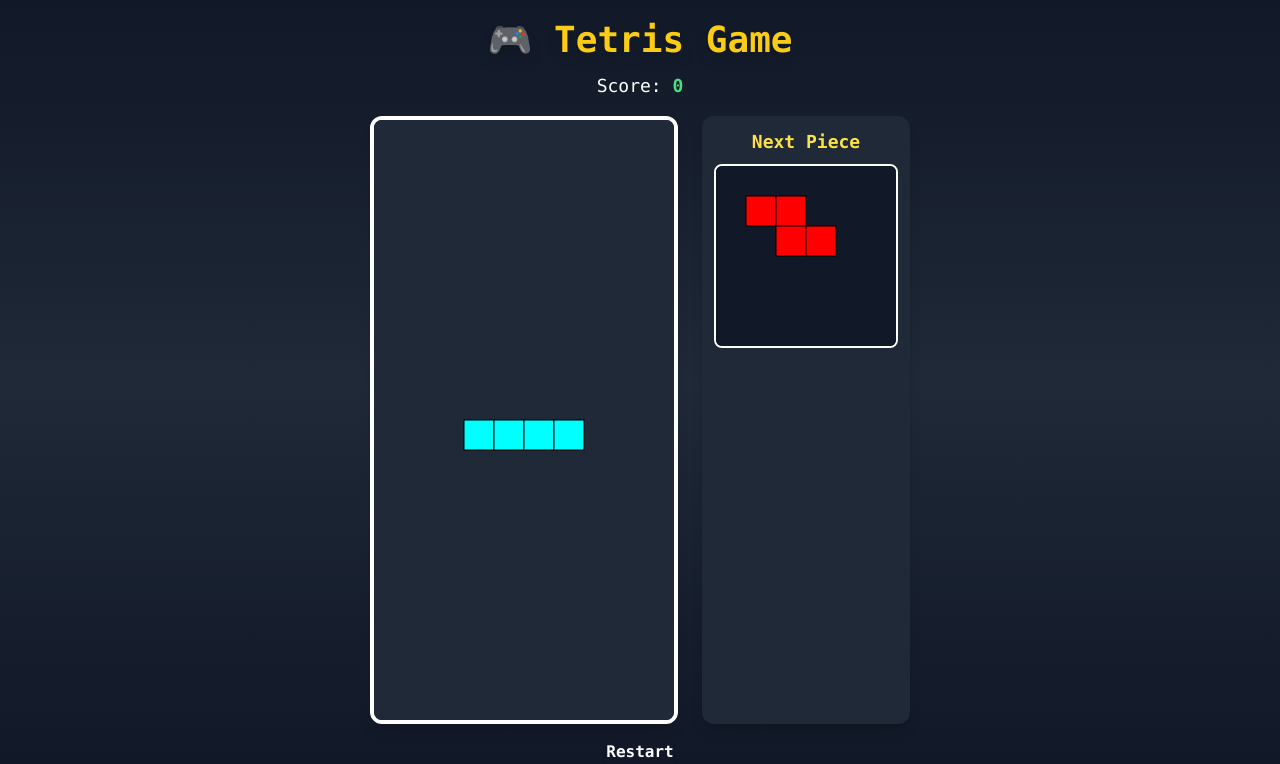
Repository: DevisWisley/tetris-react
Page: /
An editor plug-in stored every save of this project. The page is shown before and after the next save, followed by the edit.
The browser window is 1280 px wide. The pictures show the whole page.
Some web libraries are served in a nearby version. The project was rebuilt for these pictures with package versions that can differ from the ones it lists, and the page was loaded fresh each time. Some packages were replaced by stand-ins written for this rebuild. Also part of the build but not shown: vite.config.ts.

Above is the page before, as saved 2025-08-13 16:16:14.

After the next save:
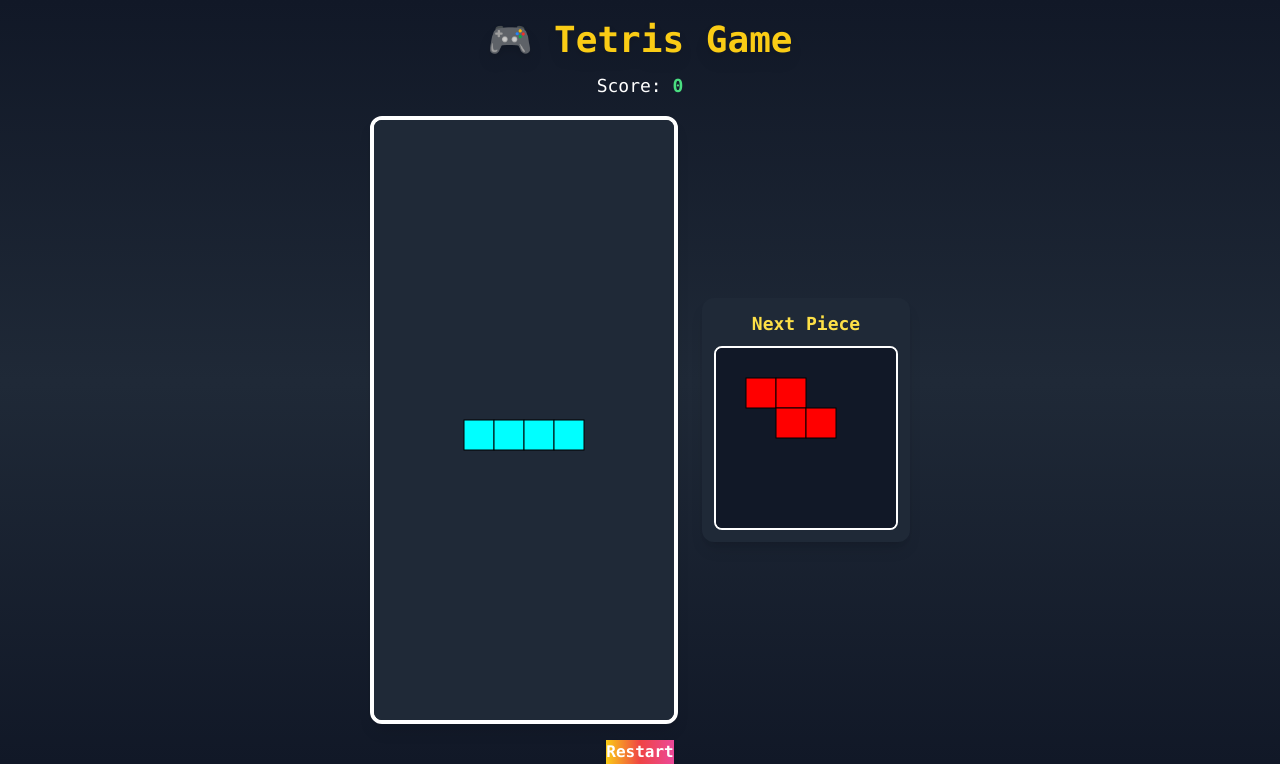
Saved 2 min 22 s later.
--- a/src/Tetris.tsx
+++ b/src/Tetris.tsx
@@ -194,7 +194,7 @@ export default function Tetris() {
       <h1 className="text-4xl font-extrabold mb-3 text-yellow-400 drop-shadow-lg">🎮 Tetris Game</h1>
       <p className="mb-4 text-lg">Score: <span className="font-bold text-green-400">{score}</span></p>
 
-      <div className="flex gap-6">
+      <div className="flex flex-col sm:flex-row gap-6 items-center">
         {/* Main board */}
         <canvas
           ref={canvasRef}
@@ -215,12 +215,47 @@ export default function Tetris() {
         </div>
       </div>
 
+      {/* Restart button */}
       <button
         onClick={resetGame}
-        className="btn btn-gradient-to-r from-yellow-400 via-red-500 to-pink-500 mt-4 font-bold shadow-md hover:scale-105 transition-transform"
+        className="btn mt-4 bg-gradient-to-r from-yellow-400 via-red-500 to-pink-500 font-bold shadow-md hover:scale-105 transition-transform"
       >
         Restart
       </button>
+
+      {/* Mobile Controls */}
+      <div className="flex justify-center mt-4 gap-3 sm:hidden">
+        <button
+          onClick={() => move(-1)}
+          className="bg-yellow-400 text-black font-bold py-2 px-4 rounded-lg shadow-md hover:scale-105 transition-transform"
+        >
+          ◀
+        </button>
+        <button
+          onClick={() => move(1)}
+          className="bg-yellow-400 text-black font-bold py-2 px-4 rounded-lg shadow-md hover:scale-105 transition-transform"
+        >
+          ▶
+        </button>
+        <button
+          onClick={drop}
+          className="bg-green-500 text-black font-bold py-2 px-4 rounded-lg shadow-md hover:scale-105 transition-transform"
+        >
+          ▼
+        </button>
+        <button
+          onClick={rotate}
+          className="bg-blue-500 text-white font-bold py-2 px-4 rounded-lg shadow-md hover:scale-105 transition-transform"
+        >
+          🔄
+        </button>
+        <button
+          onClick={resetGame}
+          className="bg-red-500 text-white font-bold py-2 px-4 rounded-lg shadow-md hover:scale-105 transition-transform"
+        >
+          ⟳
+        </button>
+      </div>
     </div>
   );
 }
